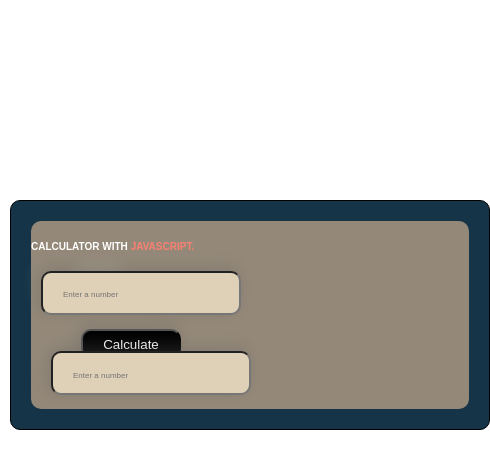
Repository: isaacCodes1/Calculator-with-js
Page: index2.html
An editor plug-in stored every save of this project. The page is shown before and after a run of saves, followed by the edit.
The browser window is 375 px wide. The page is 490 px wide, so the pictures cover 490 px, including what lies to the right of the window. The pictures show the whole page.
Some web fonts or font styles are not loaded; a fallback is used.

Above is the page before, as saved 2024-04-22 15:28:38.

### index2.html
<!DOCTYPE html>
<html lang="en">
  <head>
    <meta charset="UTF-8" />
    <meta name="viewport" content="width=device-width, initial-scale=1.0" />
    <title>Arithmetic Calculator</title>
    <link
      href="https://fonts.cdnfonts.com/css/scientific-calculator-lcd"
      rel="stylesheet"
    />

    <link rel="stylesheet" href="style.css" />
    <link rel="stylesheet" href="mediaquery.css">
  </head>
  <body>
    <main>
      <div class="numm">
        <h1 class="he">CALCULATOR WITH <span class="red">JAVASCRIPT.</span></h1>
        <div class="genDiv">
          <input
            class="num1"
            type="number"
            id="num1"
            placeholder="Enter a number"
            style="font-size: 12px"
          />
          <select class="addition" id="operator">
            <option class="opt" value="add">+</option>
            <option class="opt" value="subtract">-</option>
            <option class="opt" value="multiply">*</option>
            <option class="opt" value="divide">/</option>
          </select>
          <input
            class="num7"
            type="number"
            id="num2"
            placeholder="Enter a number"
            /> <br> <br> <br>
          <button class="cal" onclick="calculate()">Calculate</button>
          <div class="copy">
          <p>CopyRight &#169; Damicodez.</p>
        </div>
        </div>
      </div>
      <script src="script.js"></script>
    </main>
  </body>
</html>

### style.css
* {
  margin: 0;
  padding: 0;
  box-sizing: border-box;
  font-family: "Scientific Calculator LCD", sans-serif;
}
.genDiv {
  background: #948979;
  border-radius: 10px;
  padding: 50px 50px;
}

.main {
  background-color: #dfd0b8;
}
.numm {
  position: absolute;
  top: 200px;
  left: 300px;
  width: 900px;
  border: 1px solid;
  border-radius: 10px;
  background: #153448;
  padding-left: 100px;
  padding-bottom: 100px;
  padding-right: 100px;
  padding-top: 100px;
}
.he {
  color: #fff;
  position: absolute;
  top: 20px;
  font-weight: 900;
  font-style: normal;
}
.red {
  color: salmon;
  font-weight: 900;
}
.num1 {
  width: 200px;
  position: absolute;
  box-shadow: -8px -8px 15px rgba(255, 255, 255, 0.1),
    -5px -5px 15px rgba(0, 0, 0, 0.2);
  background: #dfd0b8;
  height: 40px;
  border-radius: 10px;
  padding: 20px;
  outline: none;
}
.num1::placeholder {
  font-size: 10px;
}
.opt {
  background: #000;
  color: #fff;
  outline: none;
}
.addition {
  width: 50px;
  box-shadow: -8px -8px 15px rgba(255, 255, 255, 0.1);
  background: #dfd0b8;
  height: 20px;
  border-radius: 10px;
  font-size: 18px;
}
.num7 {
  width: 200px;
  box-shadow: -8px -8px 15px rgba(255, 255, 255, 0.1),
    -5px -5px 15px rgba(0, 0, 0, 0.2);
  background: #dfd0b8;
  height: 40px;
  position: absolute;
  top: 150px;
  left: 450px;
  border-radius: 10px;
  padding: 20px;
  outline: none;
}
.num7::placeholder {
  font-size: 10px;
}
.cal {
  width: 100px;
  height: 30px;
  box-shadow: -8px -8px 15px rgba(255, 255, 255, 0.1),
    -5px -5px 15px rgba(0, 0, 0, 0.2);
  background: #000;
  color:  #fff;
  border-radius: 10px;
  padding: 5px;
  transition: 1s ease-in-out;

}
.cal:hover{
    color:#000;
    background-color: #dbdbdb;
    transition: 1s ease-in-out;
    border-radius: 10px;
}
.copy{
    position: absolute;
    top: 350px;
    color: #fff;
}

### mediaquery.css
@media (max-width: 480px) {
  .genDiv {
    /* padding: 50px 20px; */
  }
  .numm {
    top: 200px;
    width: 480px;
    left: 10px;
    padding: 20px;
    margin-right: 50px;
  }
  .num1::placeholder {
    font-size: 8px;
  }
  .num7::placeholder{
    font-size: 8px;
  }
  .he{
    font-size: 10px;
    top: 40px;
  }
  .num1{
    position: absolute;
    left: 30px;
  }
  .num7{
    left: 40px;
  }
}

### script.js
function calculate() {
    var num1 = parseFloat(document.getElementById('num1').value);
    var operator = document.getElementById('operator').value;
    var num2 = parseFloat(document.getElementById('num2').value);

    var result;

    switch (operator) {
      case 'add':
        result = num1 + num2;
        break;
      case 'subtract':
        result = num1 - num2;
        break;
      case 'multiply':
        result = num1 * num2;
        break;
      case 'divide':
        if (num2 !== 0) {
          result = num1 / num2;
        } else {
          console.log('Error: Division by zero');
          return;
        }
        break;
      default:
        console.log('Error: Invalid operator');
        return;
    }



console.log('Result:', result);
}

After the next 2 saves:
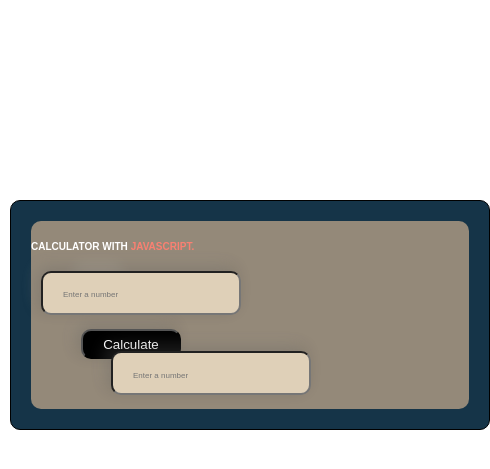
The 2 saves are shown as one change because they came seconds apart.
The last was saved 9 s later.
--- a/mediaquery.css
+++ b/mediaquery.css
@@ -24,6 +24,6 @@
     left: 30px;
   }
   .num7{
-    left: 40px;
+    left: 100px;
   }
 }
